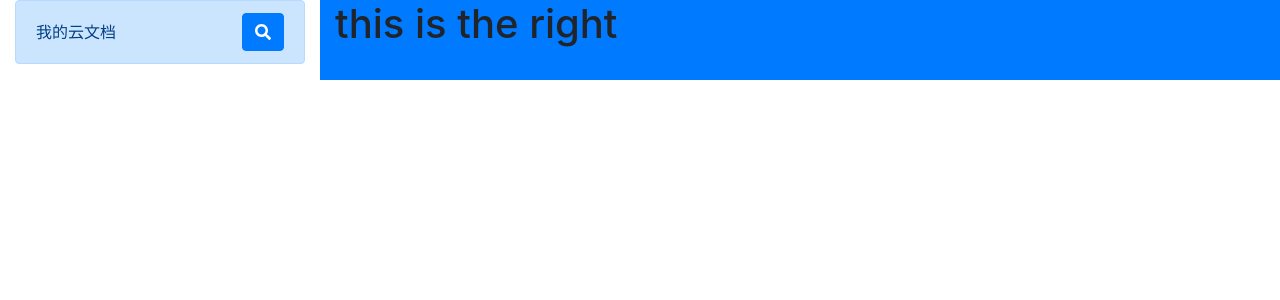
Repository: weijie-he/clould-doc
Page: /
The author's editor kept a copy of each file at every save. The page is drawn from the files as they stood at one save, then again after a run of saves.
The browser window is 1280 px wide. The pictures show the whole page.
The project was rebuilt for these pictures with package versions that can differ from the ones it lists, and the page was loaded fresh each time.

Above is the page before, as saved 2020-09-30 11:38:46.

After the next 2 saves:
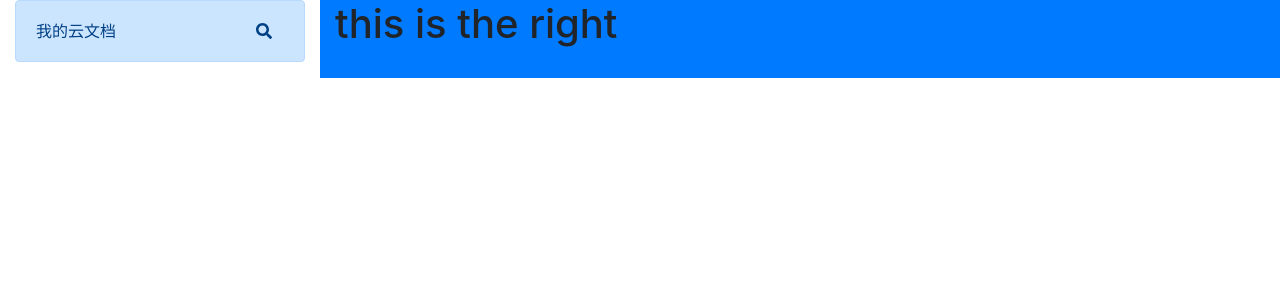
The 2 saves are shown as one change because they came seconds apart.
The last was saved 11 s later.
--- a/src/components/FileSearch.js
+++ b/src/components/FileSearch.js
@@ -50,7 +50,7 @@ const FileSearch = ({title , onFileSearch}) => {
                 <div className="d-flex justify-content-between align-items-center">
                     <span>{title}</span>
                     <Button
-                    className={""}
+                    className={"icon-button"}
                     onClick={()=>setInputActive(true)}>
                         <FontAwesomeIcon
                         title={"搜索"}

After the 3 saves that followed:
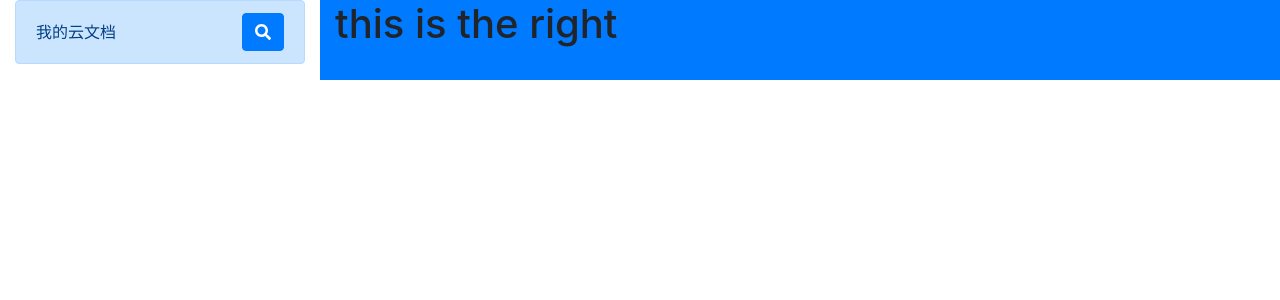
The 3 saves are shown as one change because they came seconds apart.
The last was saved 2 min 0 s later.
--- a/src/App.css
+++ b/src/App.css
@@ -1,4 +1,4 @@
-.icon-button{
+.icon-button .icon-button:hover{
   background: none;
   border: none;
   color: inherit;
